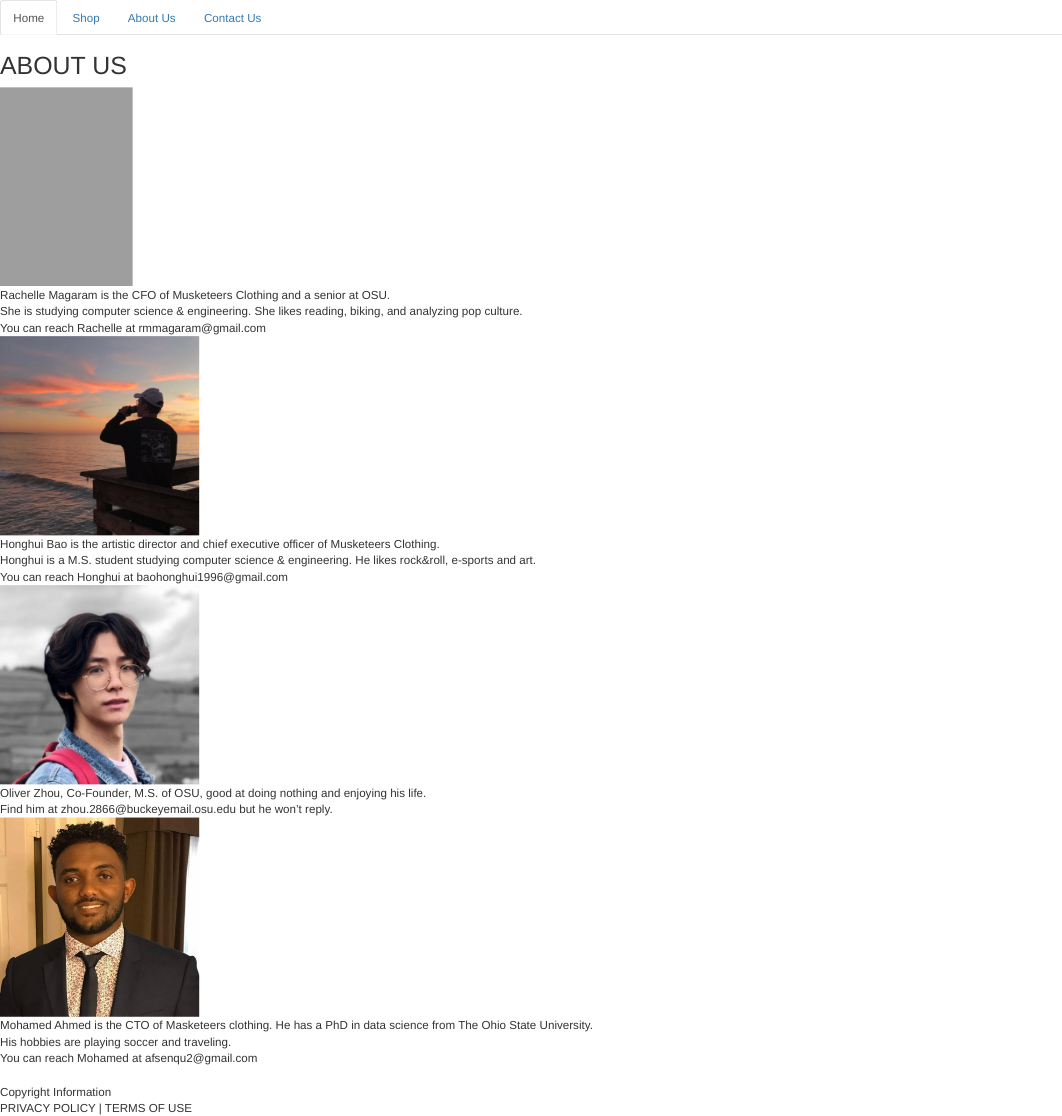
Repository: hamadanoor9/musketeers
Page: http://localhost/MusketeersClothing/WEB-INF/jsp/AboutUs.jsp
An editor plug-in stored every save of this project. The page is shown before and after the next save, followed by the edit.
The browser window is 1280 px wide. The pictures show the whole page, at 83% of full size.
Pictures or frames that could not be fetched are drawn as grey boxes. The page is served by Tomcat 9. Nobody is signed in. Other server files are loaded and not shown. The template is opened directly, without the code that normally fills it, so the values that code supplies are empty.

Above is the page before, as saved 2019-10-07 01:47:03.

### MusketeersClothing/WebContent/WEB-INF/jsp/AboutUs.jsp
<%@ page language="java" contentType="text/html; charset=UTF-8"
    pageEncoding="UTF-8"%>
<!DOCTYPE html>
<html>
<head>
<meta charset="UTF-8">
<title>Meet the Team</title>
<jsp:include page="Header.jsp" />
<body>
<h2>ABOUT US</h2>
<img src="images/JKM_4153.jpg" height="240" width="160">
<br>
Rachelle Magaram is the CFO of Musketeers Clothing and a senior at OSU.
<br>She is studying computer science & engineering.
She likes reading, biking, and analyzing pop culture.
<br>You can reach Rachelle at rmmagaram@gmail.com

<br><img src="images/IMG_3451.jpg" height = "240" width="240">
<br>
Honghui Bao is the artistic director and chief executive officer of Musketeers Clothing.
<br>Honghui is a M.S. student studying computer science & engineering.
He likes rock&roll, e-sports and art.
<br> You can reach Honghui at baohonghui1996@gmail.com

<br><img src="images/Ollie.jpg" height = "240" width="240">
<br>Oliver Zhou, Co-Founder, M.S. of OSU, good at doing nothing and enjoying his life.
<br>Find him at zhou.2866@buckeyemail.osu.edu but he won’t reply.

<br><img src="images/MA.jpeg" height = "240" width="240">
<br>Mohamed Ahmed is the CTO of Masketeers clothing. He has a PhD in data science from The Ohio State University.
<br>His hobbies are playing soccer and traveling.
<br>You can reach Mohamed at afsenqu2@gmail.com

</body>
</head>
<jsp:include page="Footer.jsp" />
</html>

### MusketeersClothing/WebContent/WEB-INF/jsp/Header.jsp
<%@ page language="java" contentType="text/html; charset=UTF-8"
    pageEncoding="UTF-8"%>

<!doctype html>
<html lang="en">
  <head>
    <meta charset="utf-8">
    <meta http-equiv="X-UA-Compatible" content="IE=edge">
    <meta name="viewport" content="width=device-width, initial-scale=1">
    <title>Menu | Musketeers Clothing</title>


    <link rel="stylesheet" href="https://stackpath.bootstrapcdn.com/bootstrap/3.4.1/css/bootstrap.min.css" integrity="sha384-HSMxcRTRxnN+Bdg0JdbxYKrThecOKuH5zCYotlSAcp1+c8xmyTe9GYg1l9a69psu" crossorigin="anonymous">


  </head>
  <body>
    <ul class="nav nav-tabs">
	  <li role="presentation" class="active"><a href="/MusketeersClothing">Home</a></li>
	  <li role="presentation"><a href="/MusketeersClothing/purchase">Shop</a></li>
	  <li role="presentation"><a href="/MusketeersClothing/aboutus">About Us</a></li>
	  <li role="presentation"><a href="/MusketeersClothing/contactus">Contact Us</a></li>

	</ul>

    <!-- jQuery (necessary for Bootstrap's JavaScript plugins) -->
    <script src="https://code.jquery.com/jquery-1.12.4.min.js" integrity="sha384-nvAa0+6Qg9clwYCGGPpDQLVpLNn0fRaROjHqs13t4Ggj3Ez50XnGQqc/r8MhnRDZ" crossorigin="anonymous"></script>
    <!-- Include all compiled plugins (below), or include individual files as needed -->
    <script src="https://stackpath.bootstrapcdn.com/bootstrap/3.4.1/js/bootstrap.min.js" integrity="sha384-aJ21OjlMXNL5UyIl/XNwTMqvzeRMZH2w8c5cRVpzpU8Y5bApTppSuUkhZXN0VxHd" crossorigin="anonymous"></script>
  </body>
</html>

### MusketeersClothing/WebContent/WEB-INF/jsp/Footer.jsp
<%@ page language="java" contentType="text/html; charset=UTF-8"
    pageEncoding="UTF-8"%>
<!DOCTYPE html>
<html>
<head>
<meta charset="UTF-8">
<title>Copyright Information</title>
<br>
<br>
<body>Copyright Information <br>

PRIVACY POLICY | TERMS OF USE</body>
</head>
<body>

</body>
</html>

After the next save:
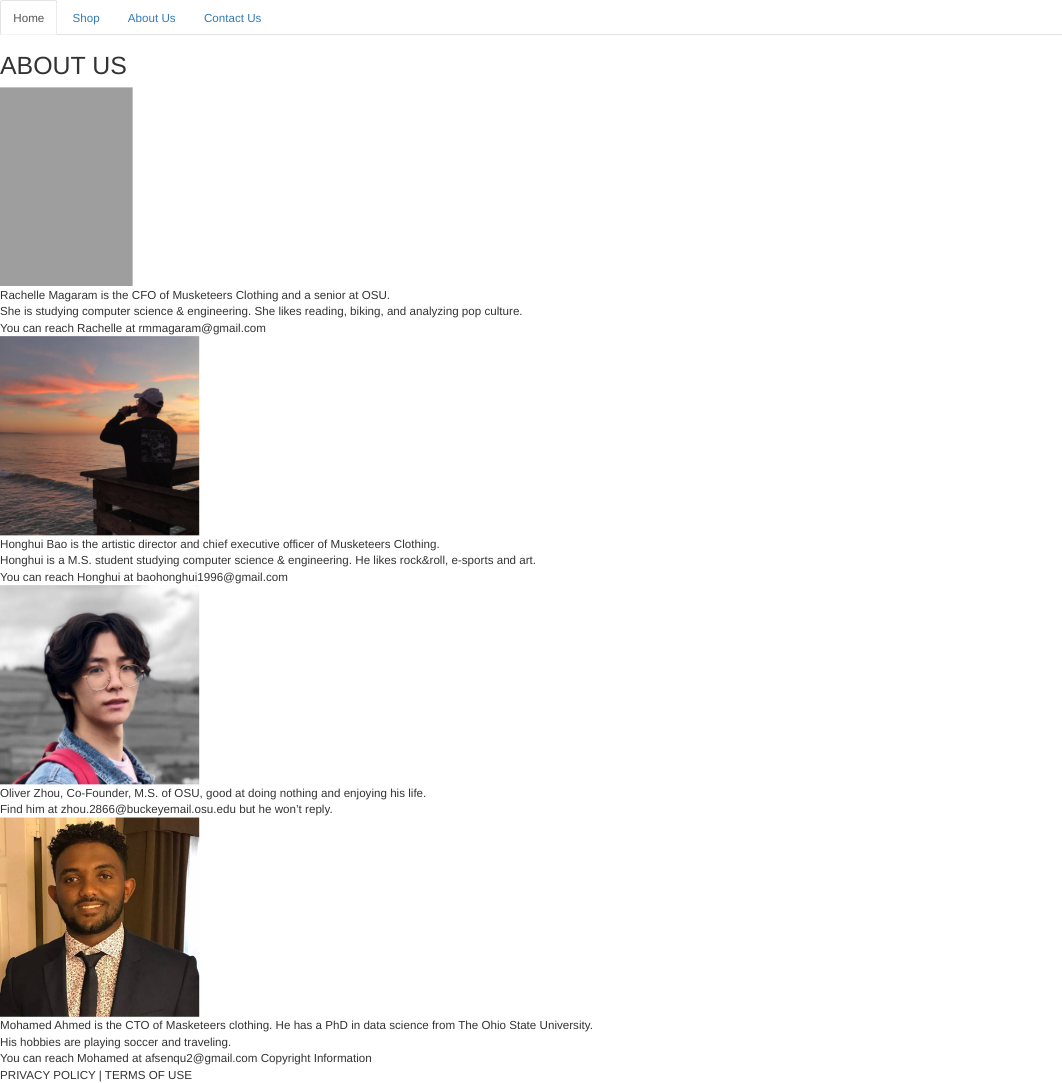
Saved 2 min 24 s later.
--- a/MusketeersClothing/WebContent/WEB-INF/jsp/Footer.jsp
+++ b/MusketeersClothing/WebContent/WEB-INF/jsp/Footer.jsp
@@ -1,17 +1,13 @@
-<%@ page language="java" contentType="text/html; charset=UTF-8"
-    pageEncoding="UTF-8"%>
-<!DOCTYPE html>
-<html>
-<head>
-<meta charset="UTF-8">
-<title>Copyright Information</title>
-<br>
-<br>
-<body>Copyright Information <br>
+
+Copyright Information <br>
 
 PRIVACY POLICY | TERMS OF USE</body>
-</head>
-<body>
 
+<!-- jQuery (necessary for Bootstrap's JavaScript plugins) -->
+    <script src="https://code.jquery.com/jquery-1.12.4.min.js" integrity="sha384-nvAa0+6Qg9clwYCGGPpDQLVpLNn0fRaROjHqs13t4Ggj3Ez50XnGQqc/r8MhnRDZ" crossorigin="anonymous"></script>
+    <!-- Include all compiled plugins (below), or include individual files as needed -->
+    <script src="https://stackpath.bootstrapcdn.com/bootstrap/3.4.1/js/bootstrap.min.js" integrity="sha384-aJ21OjlMXNL5UyIl/XNwTMqvzeRMZH2w8c5cRVpzpU8Y5bApTppSuUkhZXN0VxHd" crossorigin="anonymous"></script>
+  </body>
+</html>
 </body>
 </html>
